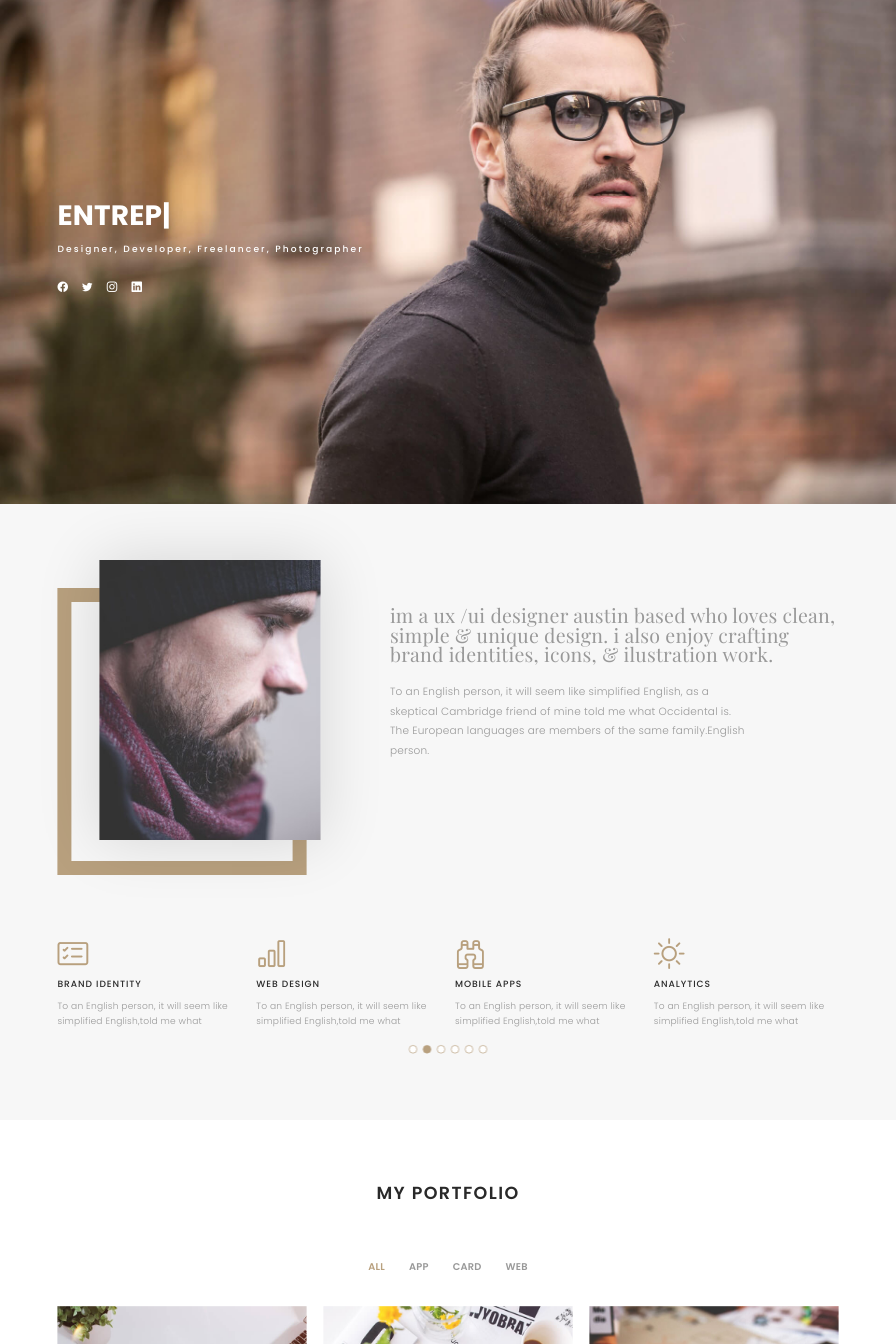
Repository: muhammedctgr/MrBayoA1
Page: index.html
The author's editor kept a copy of each file at every save. The page is drawn from the files as they stood at one save, then again after the next save.
The browser window is 1280 px wide. The pictures show the part of the page from y = 0 to 1920 px (the page is 3968 px tall), at 70% of full size.
Some web fonts or font styles are not loaded; a fallback is used.

Above is the page before, as saved 2022-10-17 21:26:04.

### index.html
<!DOCTYPE html>
<html lang="en">

<head>
  <meta charset="utf-8">
  <meta content="width=device-width, initial-scale=1.0" name="viewport">

  <title>Mr Bayo A1</title>
  <meta content="" name="description">
  <meta content="" name="keywords">

  <!-- Favicons -->
  <link href="assets/img/favicon.png" rel="icon">
  <link href="assets/img/apple-touch-icon.png" rel="apple-touch-icon">

  <!-- Google Fonts -->
  <link href="https://fonts.googleapis.com/css?family=Poppins:300,300i,400,400i,500,500i,600,600i,700,700i|Playfair+Display:400,400i,500,500i,600,600i,700,700i,900,900i" rel="stylesheet">

  <!-- Vendor CSS Files -->
  <link href="assets/vendor/bootstrap/css/bootstrap.min.css" rel="stylesheet">
  <link href="assets/vendor/bootstrap-icons/bootstrap-icons.css" rel="stylesheet">
  <link href="assets/vendor/boxicons/css/boxicons.min.css" rel="stylesheet">
  <link href="assets/vendor/glightbox/css/glightbox.min.css" rel="stylesheet">
  <link href="assets/vendor/swiper/swiper-bundle.min.css" rel="stylesheet">

  <!-- Template Main CSS File -->
  <link href="assets/css/style.css" rel="stylesheet">

</head>

<body>

  <!-- ======= Header ======= -->
  <header id="header" class="fixed-top ">
    <div class="container d-flex align-items-center justify-content-between">

      <!--<a href="index.html" class="logo"><img src="assets/img/logo.png" alt="" class="img-fluid"></a>-->
      <!-- Uncomment below if you prefer to use an text logo -->
      <h1 class="logo"><a href="index.html">Mr Bayo</a></h1>

      <nav id="navbar" class="navbar">
        <ul>
          <li><a class="nav-link scrollto active" href="#hero">Home</a></li>
          <li><a class="nav-link scrollto" href="#about">About</a></li>
          <li><a class="nav-link  scrollto" href="#portfolio">Portfolio</a></li>
          <li><a class="nav-link  scrollto" href="#journal">Blog</a></li>
          <li class="dropdown"><a href="#"><span>Drop Down</span> <i class="bi bi-chevron-down"></i></a>
            <ul>
              <li><a href="#">Drop Down 1</a></li>
              <li class="dropdown"><a href="#"><span>Deep Drop Down</span> <i class="bi bi-chevron-right"></i></a>
                <ul>
                  <li><a href="#">Deep Drop Down 1</a></li>
                  <li><a href="#">Deep Drop Down 2</a></li>
                  <li><a href="#">Deep Drop Down 3</a></li>
                  <li><a href="#">Deep Drop Down 4</a></li>
                  <li><a href="#">Deep Drop Down 5</a></li>
                </ul>
              </li>
              <li><a href="#">Drop Down 2</a></li>
              <li><a href="#">Drop Down 3</a></li>
              <li><a href="#">Drop Down 4</a></li>
            </ul>
          </li>
          <li><a class="nav-link scrollto" href="#contact">Contact</a></li>
        </ul>
        <i class="bi bi-list mobile-nav-toggle"></i>
      </nav><!-- .navbar -->

    </div>
  </header><!-- End Header -->

  <!-- ======= Hero Section ======= -->
  <div id="hero" class="home">

    <div class="container">
      <div class="hero-content">
        <h1><span class="typed" data-typed-items="Akinde Gbenga Bayo, Entrepreneur, Social Media Influencer, Serial Winner."></span></h1>
        <p>Designer, Developer, Freelancer, Photographer</p>

        <ul class="list-unstyled list-social">
          <li><a href="#"><i class="bi bi-facebook"></i></a></li>
          <li><a href="#"><i class="bi bi-twitter"></i></a></li>
          <li><a href="#"><i class="bi bi-instagram"></i></a></li>
          <li><a href="#"><i class="bi bi-linkedin"></i></a></li>
        </ul>
      </div>
    </div>
  </div><!-- End Hero -->

  <main id="main">

    <!-- ======= About Section ======= -->
    <div id="about" class="paddsection">
      <div class="container">
        <div class="row justify-content-between">

          <div class="col-lg-4 ">
            <div class="div-img-bg">
              <div class="about-img">
                <img src="assets/img/me.jpg" class="img-responsive" alt="me">
              </div>
            </div>
          </div>

          <div class="col-lg-7">
            <div class="about-descr">

              <p class="p-heading">im a ux /ui designer austin based who loves clean, simple & unique design. i also enjoy crafting brand identities, icons, & ilustration work. </p>
              <p class="separator">To an English person, it will seem like simplified English, as a skeptical Cambridge friend of mine told me what Occidental is. The European languages are members of the same family.English person.</p>

            </div>

          </div>
        </div>
      </div>
    </div><!-- End About Section -->

    <!-- ======= Services Section ======= -->
    <div id="services">
      <div class="container">

        <div class="services-slider swiper" data-aos="fade-up" data-aos-delay="100">
          <div class="swiper-wrapper">

            <div class="swiper-slide">
              <div class="services-block">
                <i class="bi bi-briefcase"></i>
                <span>UI/UX DESIGN</span>
                <p class="separator">To an English person, it will seem like simplified English,told me what </p>
              </div>
            </div><!-- End testimonial item -->

            <div class="swiper-slide">
              <div class="services-block">
                <i class="bi bi-card-checklist"></i>
                <span>BRAND IDENTITY</span>
                <p class="separator">To an English person, it will seem like simplified English,told me what </p>
              </div>
            </div><!-- End testimonial item -->

            <div class="swiper-slide">
              <div class="services-block">
                <i class="bi bi-bar-chart"></i>
                <span>WEB DESIGN</span>
                <p class="separator">To an English person, it will seem like simplified English,told me what </p>
              </div>
            </div><!-- End testimonial item -->

            <div class="swiper-slide">
              <div class="services-block">
                <i class="bi bi-binoculars"></i>
                <span>MOBILE APPS</span>
                <p class="separator">To an English person, it will seem like simplified English,told me what </p>
              </div>
            </div><!-- End testimonial item -->

            <div class="swiper-slide">
              <div class="services-block">
                <i class="bi bi-brightness-high"></i>
                <span>Analytics</span>
                <p class="separator">To an English person, it will seem like simplified English,told me what </p>
              </div>
            </div><!-- End testimonial item -->

            <div class="swiper-slide">
              <div class="services-block">
                <i class="bi bi-calendar4-week"></i>
                <span>PHOTOGRAPHY</span>
                <p class="separator">To an English person, it will seem like simplified English,told me what </p>
              </div>
            </div><!-- End testimonial item -->

          </div>
          <div class="swiper-pagination"></div>
        </div>

      </div>

    </div><!-- End Services Section -->

    <!-- ======= Portfolio Section ======= -->
    <div id="portfolio" class="paddsection">

      <div class="container">
        <div class="section-title text-center">
          <h2>My Portfolio</h2>
        </div>
      </div>

      <div class="container">

        <div class="row">
          <div class="col-lg-12 d-flex justify-content-center">
            <ul id="portfolio-flters">
              <li data-filter="*" class="filter-active">All</li>
              <li data-filter=".filter-app">App</li>
              <li data-filter=".filter-card">Card</li>
              <li data-filter=".filter-web">Web</li>
            </ul>
          </div>
        </div>

        <div class="row portfolio-container">

          <div class="col-lg-4 col-md-6 portfolio-item filter-app">
            <img src="assets/img/portfolio/portfolio-1.jpg" class="img-fluid" alt="">
            <div class="portfolio-info">
              <h4>App 1</h4>
              <p>App</p>
              <a href="assets/img/portfolio/portfolio-1.jpg" data-gallery="portfolioGallery" class="portfolio-lightbox preview-link" title="App 1"><i class="bx bx-plus"></i></a>
              <a href="portfolio-details.html" class="details-link" title="More Details"><i class="bx bx-link"></i></a>
            </div>
          </div>

          <div class="col-lg-4 col-md-6 portfolio-item filter-web">
            <img src="assets/img/portfolio/portfolio-2.jpg" class="img-fluid" alt="">
            <div class="portfolio-info">
              <h4>Web 3</h4>
              <p>Web</p>
              <a href="assets/img/portfolio/portfolio-2.jpg" data-gallery="portfolioGallery" class="portfolio-lightbox preview-link" title="Web 3"><i class="bx bx-plus"></i></a>
              <a href="portfolio-details.html" class="details-link" title="More Details"><i class="bx bx-link"></i></a>
            </div>
          </div>

          <div class="col-lg-4 col-md-6 portfolio-item filter-app">
            <img src="assets/img/portfolio/portfolio-3.jpg" class="img-fluid" alt="">
            <div class="portfolio-info">
              <h4>App 2</h4>
              <p>App</p>
              <a href="assets/img/portfolio/portfolio-3.jpg" data-gallery="portfolioGallery" class="portfolio-lightbox preview-link" title="App 2"><i class="bx bx-plus"></i></a>
              <a href="portfolio-details.html" class="details-link" title="More Details"><i class="bx bx-link"></i></a>
            </div>
          </div>

          <div class="col-lg-4 col-md-6 portfolio-item filter-card">
            <img src="assets/img/portfolio/portfolio-4.jpg" class="img-fluid" alt="">
            <div class="portfolio-info">
              <h4>Card 2</h4>
              <p>Card</p>
              <a href="assets/img/portfolio/portfolio-4.jpg" data-gallery="portfolioGallery" class="portfolio-lightbox preview-link" title="Card 2"><i class="bx bx-plus"></i></a>
              <a href="portfolio-details.html" class="details-link" title="More Details"><i class="bx bx-link"></i></a>
            </div>
          </div>

          <div class="col-lg-4 col-md-6 portfolio-item filter-web">
            <img src="assets/img/portfolio/portfolio-5.jpg" class="img-fluid" alt="">
            <div class="portfolio-info">
              <h4>Web 2</h4>
              <p>Web</p>
              <a href="assets/img/portfolio/portfolio-5.jpg" data-gallery="portfolioGallery" class="portfolio-lightbox preview-link" title="Web 2"><i class="bx bx-plus"></i></a>
              <a href="portfolio-details.html" class="details-link" title="More Details"><i class="bx bx-link"></i></a>
            </div>
          </div>

          <div class="col-lg-4 col-md-6 portfolio-item filter-app">
            <img src="assets/img/portfolio/portfolio-6.jpg" class="img-fluid" alt="">
            <div class="portfolio-info">
              <h4>App 3</h4>
              <p>App</p>
              <a href="assets/img/portfolio/portfolio-6.jpg" data-gallery="portfolioGallery" class="portfolio-lightbox preview-link" title="App 3"><i class="bx bx-plus"></i></a>
              <a href="portfolio-details.html" class="details-link" title="More Details"><i class="bx bx-link"></i></a>
            </div>
          </div>

        </div>

      </div>

    </div><!-- End Portfolio Section -->

    <!-- ======= Journal Section ======= -->
    <div id="journal" class="text-left paddsection">

      <div class="container">
        <div class="section-title text-center">
          <h2>journal</h2>
        </div>
      </div>

      <div class="container">
        <div class="journal-block">
          <div class="row">

            <div class="col-lg-4 col-md-6">
              <div class="journal-info">

                <a href="blog-single.html"><img src="assets/img/blog-post-1.jpg" class="img-responsive" alt="img"></a>

                <div class="journal-txt">

                  <h4><a href="blog-single.html">SO LETS MAKE THE MOST IS BEAUTIFUL</a></h4>
                  <p class="separator">To an English person, it will seem like simplified English
                  </p>

                </div>

              </div>
            </div>

            <div class="col-lg-4 col-md-6">
              <div class="journal-info">

                <a href="blog-single.html"><img src="assets/img/blog-post-2.jpg" class="img-responsive" alt="img"></a>

                <div class="journal-txt">

                  <h4><a href="blog-single.html">WE'RE GONA MAKE DREAMS COMES</a></h4>
                  <p class="separator">To an English person, it will seem like simplified English
                  </p>

                </div>

              </div>
            </div>

            <div class="col-lg-4 col-md-6">
              <div class="journal-info">

                <a href="blog-single.html"><img src="assets/img/blog-post-3.jpg" class="img-responsive" alt="img"></a>

                <div class="journal-txt">

                  <h4><a href="blog-single.html">NEW LIFE CIVILIZATIONS TO BOLDLY</a></h4>
                  <p class="separator">To an English person, it will seem like simplified English
                  </p>

                </div>

              </div>
            </div>

          </div>
        </div>
      </div>

    </div><!-- End Journal Section -->

    <!-- ======= Contact Section ======= -->
    <div id="contact" class="paddsection">
      <div class="container">
        <div class="contact-block1">
          <div class="row">

            <div class="col-lg-6">
              <div class="contact-contact">

                <h2 class="mb-30">GET IN TOUCH</h2>

                <ul class="contact-details">
                  <li><span>23 Main, Street</span></li>
                  <li><span>New York, United States</span></li>
                  <li><span>+88 01912704287</span></li>
                  <li><span>example@example.com</span></li>
                </ul>

              </div>
            </div>

            <div class="col-lg-6">
              <form action="forms/contact.php" method="post" role="form" class="php-email-form">
                <div class="row gy-3">

                  <div class="col-lg-6">
                    <div class="form-group contact-block1">
                      <input type="text" name="name" class="form-control" id="name" placeholder="Your Name" required>
                    </div>
                  </div>

                  <div class="col-lg-6">
                    <div class="form-group">
                      <input type="email" class="form-control" name="email" id="email" placeholder="Your Email" required>
                    </div>
                  </div>

                  <div class="col-lg-12">
                    <div class="form-group">
                      <input type="text" class="form-control" name="subject" id="subject" placeholder="Subject" required>
                    </div>
                  </div>

                  <div class="col-lg-12">
                    <div class="form-group">
                      <textarea class="form-control" name="message" placeholder="Message" required></textarea>
                    </div>
                  </div>

                  <div class="col-lg-12">
                    <div class="loading">Loading</div>
                    <div class="error-message"></div>
                    <div class="sent-message">Your message has been sent. Thank you!</div>
                  </div>

                  <div class="mt-0">
                    <input type="submit" class="btn btn-defeault btn-send" value="Send message">
                  </div>

                </div>
              </form>
            </div>
          </div>
        </div>
      </div>
    </div><!-- End Contact Section -->

  </main><!-- End #main -->

  <!-- ======= Footer ======= -->
  <div id="footer" class="text-center">
    <div class="container">
      <div class="socials-media text-center">

        <ul class="list-unstyled">
          <li><a href="#"><i class="bi bi-facebook"></i></a></li>
          <li><a href="#"><i class="bi bi-twitter"></i></a></li>
          <li><a href="#"><i class="bi bi-instagram"></i></a></li>
          <li><a href="#"><i class="bi bi-linkedin"></i></a></li>
        </ul>

      </div>

      <p>&copy; Copyrights Folio. All rights reserved.</p>

      <div class="credits">
        <!--
        All the links in the footer should remain intact.
        You can delete the links only if you purchased the pro version.
        Licensing information: https://bootstrapmade.com/license/
        Purchase the pro version with working PHP/AJAX contact form: https://bootstrapmade.com/buy/?theme=Folio
      -->
        Designed by <a href="https://bootstrapmade.com/">BootstrapMade</a>
      </div>

    </div>
  </div><!-- End Footer -->

  <a href="#" class="back-to-top d-flex align-items-center justify-content-center"><i class="bi bi-arrow-up-short"></i></a>

  <!-- Vendor JS Files -->
  <script src="assets/vendor/bootstrap/js/bootstrap.bundle.min.js"></script>
  <script src="assets/vendor/glightbox/js/glightbox.min.js"></script>
  <script src="assets/vendor/isotope-layout/isotope.pkgd.min.js"></script>
  <script src="assets/vendor/swiper/swiper-bundle.min.js"></script>
  <script src="assets/vendor/typed.js/typed.min.js"></script>
  <script src="assets/vendor/php-email-form/validate.js"></script>

  <!-- Template Main JS File -->
  <script src="assets/js/main.js"></script>

</body>

</html>

Loaded but not shown: assets/vendor/bootstrap/css/bootstrap.min.css (library); assets/vendor/bootstrap-icons/bootstrap-icons.css (library); assets/vendor/boxicons/css/boxicons.min.css (library); assets/vendor/glightbox/css/glightbox.min.css (library); assets/vendor/swiper/swiper-bundle.min.css (library); assets/vendor/bootstrap/js/bootstrap.bundle.min.js (library); assets/vendor/glightbox/js/glightbox.min.js (library); assets/vendor/isotope-layout/isotope.pkgd.min.js (library); assets/vendor/swiper/swiper-bundle.min.js (library); assets/vendor/typed.js/typed.min.js (library); assets/vendor/php-email-form/validate.js (common file); assets/js/main.js (262 lines, source omitted); assets/css/style.css (1549 lines, source omitted)

After the next save:
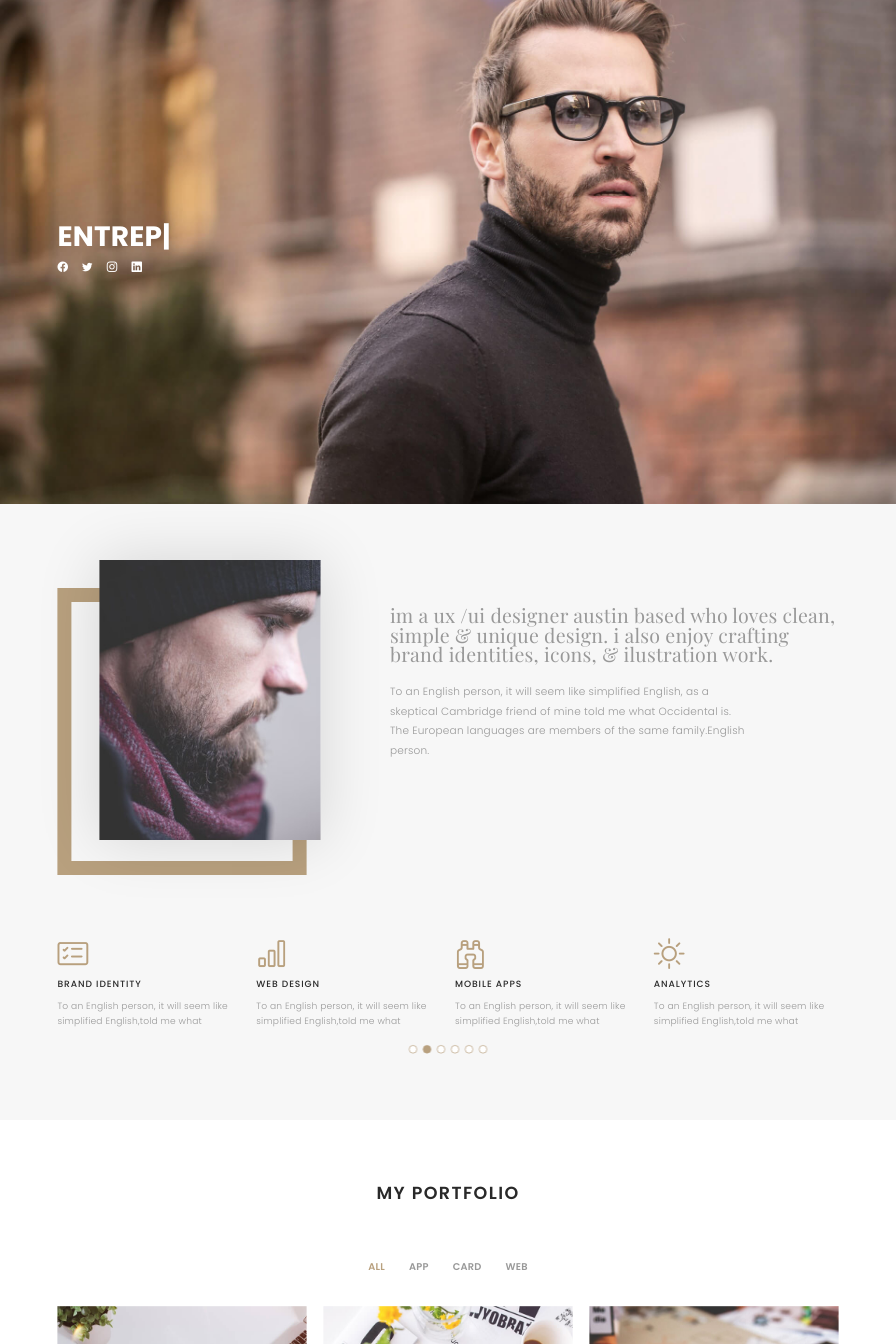
Saved 96 s later.
--- a/index.html
+++ b/index.html
@@ -75,7 +75,6 @@
     <div class="container">
       <div class="hero-content">
         <h1><span class="typed" data-typed-items="Akinde Gbenga Bayo, Entrepreneur, Social Media Influencer, Serial Winner."></span></h1>
-        <p>Designer, Developer, Freelancer, Photographer</p>
 
         <ul class="list-unstyled list-social">
           <li><a href="#"><i class="bi bi-facebook"></i></a></li>
